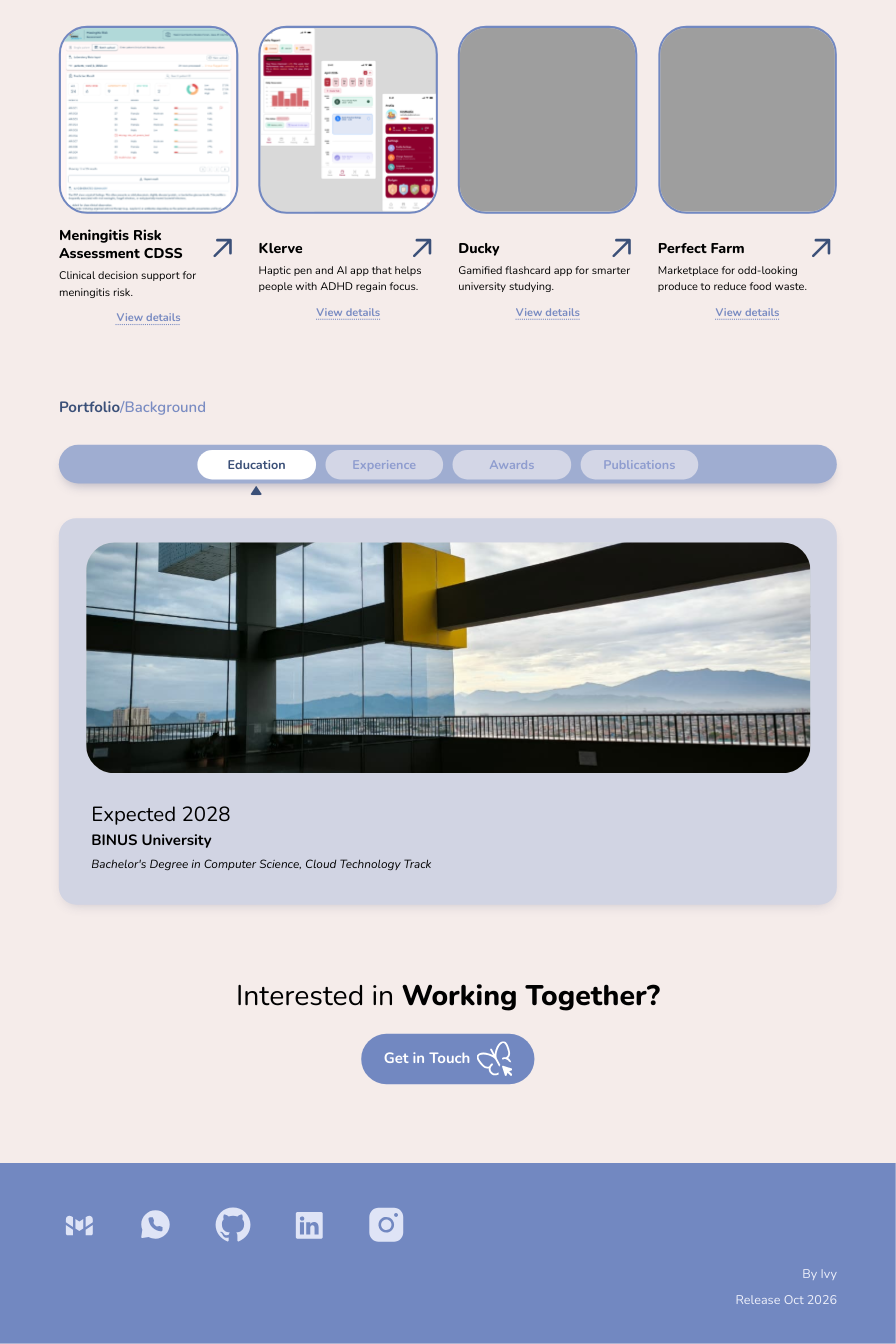
Repository: L-vy/L-vy
Page: /
These files come from the project's save history. The page is drawn as it stood at one moment and after the next save; the edit follows.
The browser window is 1280 px wide. The pictures show the part of the page from y = 1307 to 3227 px (the page is 3227 px tall before and 3200 px after), at 70% of full size.
Pictures or frames that could not be fetched are drawn as grey boxes. Some web fonts or font styles are not loaded; a fallback is used. The project was rebuilt for these pictures with package versions that can differ from the ones it lists, and the page was loaded fresh each time. Also part of the build but not shown: vite.config.ts, src/components/ExperienceBinder.tsx, src/components/FolderCard.tsx, src/components/ProjectSidebar.tsx, src/pages/ProjectDetails.tsx.

Above is the page before, as saved 2026-10-07 21:58:01.

### index.html
<!doctype html>
<html lang="en">
  <head>
    <meta charset="UTF-8" />
    <meta name="viewport" content="width=device-width, initial-scale=1.0" />
    <meta name="description" content="Portfolio of Latasha Ivy Khoe, Computer Science student specializing in Cloud Technology, UI/UX design and full-stack development." />
    <meta name="theme-color" content="#7288c1" />
    <link rel="icon" href="/images/ivy-logo.svg" />
    <link rel="preconnect" href="https://fonts.googleapis.com" />
    <link rel="preconnect" href="https://fonts.gstatic.com" crossorigin />
    <link href="https://fonts.googleapis.com/css2?family=Nunito:ital,wght@0,400;0,600;0,700;0,800;1,400&family=Playwrite+US+Modern:wght@100..400&display=swap" rel="stylesheet" />
    <title>Latasha Ivy Khoe | Portfolio</title>
  </head>
  <body>
    <div id="root"></div>
    <script type="module" src="/src/main.tsx"></script>
  </body>
</html>

### src/main.tsx
import { StrictMode } from 'react'
import { createRoot } from 'react-dom/client'
import App from './App'
import './styles.css'
createRoot(document.getElementById('root')!).render(<StrictMode><App /></StrictMode>)

### src/App.tsx
import { BrowserRouter, Route, Routes } from 'react-router-dom'
import Home from './pages/Home'
import ProjectDetails from './pages/ProjectDetails'
import CursorCircle from './components/CursorCircle'
export default function App() {
  return (
    <BrowserRouter>
      <CursorCircle />
      <Routes>
        <Route path="/" element={<Home />} />
        <Route path="/recentworks/:id" element={<ProjectDetails />} />
        <Route path="*" element={<Home />} />
      </Routes>
    </BrowserRouter>
  )
}

### src/pages/Home.tsx
import { useEffect } from 'react'
import { useLocation } from 'react-router-dom'
import Navbar from '../components/Navbar'
import Hero from '../components/Hero'
import Skills from '../components/Skills'
import RecentWorks from '../components/RecentWorks'
import Background from '../components/Background'
import ContactSection from '../components/ContactSection'
import Footer from '../components/Footer'
import { pulseContact, scrollToId } from '../components/useGoTo'
export default function Home() {
  const { state } = useLocation() as { state: { scrollTo?: string; pulse?: boolean } | null }
  useEffect(() => {
    if (!state?.scrollTo) { window.scrollTo(0, 0); return }
    const t = setTimeout(() => { scrollToId(state.scrollTo!); if (state.pulse) setTimeout(pulseContact, 700) }, 80)
    return () => clearTimeout(t)
  }, [state])
  return (
  <div style={{transform: 'scale(1.50)',transformOrigin: 'top left',width: '66.667%'}}>
    <>
    <Navbar />
    <main className="page"><Hero /><Skills /><RecentWorks /><Background /><ContactSection /></main>
    <Footer />
    </>
  </div>
  )
}

### src/components/CursorCircle.tsx
import { useEffect, useRef } from 'react'
// Soft circle that follows the pointer and expands over buttons/links. Hidden on touch devices.
export default function CursorCircle() {
  const ref = useRef<HTMLDivElement>(null)
  useEffect(() => {
    if (!window.matchMedia('(hover: hover) and (pointer: fine)').matches) return
    const el = ref.current!
    const move = (e: MouseEvent) => {
      const over = (e.target as Element | null)?.closest('a,button,[data-cursor]')
      el.style.transform = `translate(${e.clientX}px,${e.clientY}px) translate(-50%,-50%) scale(${over ? 1 : 0})`
    }
    const leave = () => { el.style.transform = 'translate(-100px,-100px) scale(0)' }
    window.addEventListener('mousemove', move); document.addEventListener('mouseleave', leave)
    return () => { window.removeEventListener('mousemove', move); document.removeEventListener('mouseleave', leave) }
  }, [])
  return <div ref={ref} className="cursor-circle" aria-hidden="true" />
}

### src/components/Navbar.tsx
import { useEffect, useState } from 'react'
import Icon from './Icon'
import { site } from '../data/site'
import { useGoTo } from './useGoTo'
const tabs = [
  { id: 'home', label: 'Home' },
  { id: 'recent-works', label: 'Recent Works' },
  { id: 'background', label: 'Background' },
]
export default function Navbar() {
  const go = useGoTo(); const [active, setActive] = useState('home')
  useEffect(() => {
    const io = new IntersectionObserver((es) => es.forEach(e => e.isIntersecting && setActive(e.target.id)), { rootMargin: '-40% 0px -55% 0px' })
    tabs.forEach(t => { const el = document.getElementById(t.id); el && io.observe(el) })
    return () => io.disconnect()
  }, [])
  return (
    <header className="nav">
      <nav className="nav-tabs" aria-label="Primary">
        {tabs.map(t => (
          <button key={t.id} className={`nav-tab ${active === t.id ? 'active' : ''}`} aria-label={t.label}
            aria-current={active === t.id ? 'page' : undefined} onClick={() => go(t.id)}>
            {t.id === 'home' ? <img src={site.images.logo} alt="" /> : t.id === 'recent-works' ? <Icon name="recent-works" size={34} /> : <Icon name="background" size={34} />}
          </button>
        ))}
      </nav>
    </header>
  )
}

### src/components/Hero.tsx
import Icon from './Icon'
import { site } from '../data/site'
import { useGoTo } from './useGoTo'
export default function Hero() {
  const go = useGoTo()
  return (
    <section id="home" className="hero">
      <div className="hero-top"><p className="path"><b>Portfolio</b>/Home</p><button className="contact-link" onClick={() => go('contact', true)}>Contact Me</button></div>
      <div className="hero-grid">
        <img className="hero-photo" src={site.images.profile} alt={`Portrait of ${site.name}`}/>
        <div>
          <img className="hello" src={site.images.hello} alt="Hello!" />
          <h1>I’m {site.name}</h1>
          <p className="lead">{site.bio}</p>
          <div className="actions">
            <button className="btn" onClick={() => go('recent-works')}>View my work <Icon name="arrow-right" size={22} /></button>
            <a className="link-dotted grey" href={site.resume} download>Download Resume</a>
          </div>
        </div>
      </div>
      <img className="butterfly" src={site.images.butterfly} alt="" />
    </section>
  )
}

### src/components/Skills.tsx
import { site } from '../data/site'
import Reveal from './Reveal'
export default function Skills() {
  return (
    <Reveal className="intro">
      <p className="intro-text">{site.about}</p>
      <ul className="pills" aria-label="Skills">{site.skills.map(s => <li key={s} className="pill">{s}</li>)}</ul>
    </Reveal>
  )
}

### src/components/RecentWorks.tsx
import { projects } from '../data/projects'
import ProjectCard from './ProjectCard'
import Reveal from './Reveal'
export default function RecentWorks() {
  return (
    <section id="recent-works" className="section">
      <p className="path"><b>Portfolio</b>/RecentWork</p>
      <Reveal className="cards">{projects.slice(0, 4).map(p => <ProjectCard key={p.id} p={p} />)}</Reveal>
    </section>
  )
}

### src/components/Background.tsx
import { useState } from 'react'
import { education, awards, publications } from '../data/background'
import ExperienceBinder from './ExperienceBinder'
import FolderCard from './FolderCard'
import Reveal from './Reveal'
const tabs = ['Education', 'Experience', 'Awards', 'Publications'] as const
type Tab = typeof tabs[number]
export default function Background() {
  const [tab, setTab] = useState<Tab>('Education')
  return (
    <section id="background" className="section">
      <p className="path"><b>Portfolio</b>/Background</p>
      <div className="tabbar" role="tablist" aria-label="Background categories">
        {tabs.map(t => (
          <div key={t} className="tabwrap">
            <button role="tab" aria-selected={tab === t} className={`tab ${tab === t ? 'on' : ''}`} onClick={() => setTab(t)}>{t}</button>
            {tab === t && <span className="pointer" aria-hidden="true" />}
          </div>))}
      </div>
      <div className={`panel ${tab === 'Experience' ? 'bound' : ''}`}>
        <Reveal key={tab} className="fill">
          {tab === 'Education' && (
            <div className="banner">
              <img className="banner-img" src={education.image} alt="BINUS University" loading="lazy" />
              <div className="tx"><h2 className="fx">{education.year}</h2><h3>{education.school}</h3><p>{education.degree}</p></div>
            </div>)}
          {tab === 'Experience' && <ExperienceBinder />}
          {tab === 'Awards' && <div className="folders">{awards.map(c => <FolderCard key={c.title} c={c} />)}</div>}
          {tab === 'Publications' && <div className="folders">{publications.map(c => <FolderCard key={c.title} c={c} />)}</div>}
        </Reveal>
      </div>
    </section>
  )
}

### src/components/ContactSection.tsx
import Icon from './Icon'
import { useGoTo } from './useGoTo'
export default function ContactSection() {
  const go = useGoTo()
  return (
    <section id="contact" className="contact">
      <h2>Interested in <b>Working Together?</b></h2>
      <button className="btn blue" onClick={() => go('contact', true)}>Get in Touch <Icon name="butterfly-cursor" size={34} /></button>
    </section>
  )
}

### src/components/Footer.tsx
import { useEffect, useState } from 'react'
import Icon from './Icon'
import { site, socialLinks } from '../data/site'
const items = [
  { k: 'email', label: 'Email', icon: 'mail' }, { k: 'whatsapp', label: 'WhatsApp', icon: 'whatsapp' },
  { k: 'github', label: 'GitHub', icon: 'github' }, { k: 'linkedin', label: 'LinkedIn', icon: 'linkedin' }, { k: 'instagram', label: 'Instagram', icon: 'instagram' },
] as const
export default function Footer() {
  const [pulse, setPulse] = useState('')
  useEffect(() => {
    const run = () => { setPulse('email'); setTimeout(() => setPulse('whatsapp'), 600); setTimeout(() => setPulse(''), 1300) }
    window.addEventListener('contact-pulse', run); return () => window.removeEventListener('contact-pulse', run)
  }, [])
  return (
    <footer className="footer">
      <ul>{items.map(({ k, label, icon }) => (<li key={k}><a href={socialLinks[k]} aria-label={label} target={k === 'email' ? undefined : '_blank'} rel="noreferrer" className={`ci ${pulse === k ? 'pulse' : ''}`}><Icon name={icon} size={40} /></a></li>))}</ul>
      <p className="footer-by">{site.footer.by}<br />{site.footer.release}</p>
    </footer>
  )
}

### src/components/useGoTo.ts
import { useLocation, useNavigate } from 'react-router-dom'
export const pulseContact = () => window.dispatchEvent(new Event('contact-pulse'))
export function scrollToId(id: string) {
  if (id === 'contact') { window.scrollTo({ top: document.documentElement.scrollHeight, behavior: 'smooth' }); return }
  document.getElementById(id)?.scrollIntoView({ behavior: 'smooth', block: 'start' }) }
/** Navigate to a section on the home page from anywhere. */
export function useGoTo() {
  const nav = useNavigate(); const { pathname } = useLocation()
  return (id: string, pulse = false) => {
    if (pathname === '/') { scrollToId(id); if (pulse) setTimeout(pulseContact, 700) }
    else nav('/', { state: { scrollTo: id, pulse } })
  }
}

### src/components/Icon.tsx
export default function Icon({ name, size = 24, raw = false }: { name: string; size?: number; raw?: boolean }) {
  if (raw) return <img className="icon" src={`/icons/${name}.svg`} alt="" width={size} height={size} />
  const mask = `url(/icons/${name}.svg) center / contain no-repeat`
  return <span className="icon" aria-hidden="true" style={{ display: 'inline-block', width: size, height: size, backgroundColor: 'currentColor', WebkitMask: mask, mask }} />
}

### src/data/site.ts
export const site = {
  name: 'Latasha Ivy Khoe',
  headline: 'Computer Science Student, Cloud Technology',
  bio: 'Computer Science student in cloud technology, UI/UX design, and full-stack programming.',
  about: 'I am a Computer Science student at Bina Nusantara University with a strong background as a published researcher in computer science. I have a deep passion for technology and am currently expanding my expertise in cloud technology, UI/UX design, and full-stack programming. Alongside my technical skills, I am active in student organizations and multidisciplinary problem-solving. My career interest lies in pursuing professional growth within cloud engineering, software development, and innovative tech solutions.',
  skills: ['C++', 'JavaScript', 'HTML', 'CSS', 'Python', 'MySQL', 'Git', 'GitHub', 'Canva', 'Figma'],
  footer: { by: 'By Ivy', release: 'Release Oct 2026' },
  resume: '/resume/ivy-resume.pdf',
  images: { profile: '/images/profile.svg', logo: '/images/ivy-logo.svg', hello: '/images/hello.svg', butterfly: '/images/butterfly.svg' },
}
export const socialLinks = {
  email: 'mailto:latasha.ivy.khoe.2006@gmail.com',
  whatsapp: 'https://wa.me/6282122269122',
  github: 'https://github.com/L-vy',
  linkedin: 'https://www.linkedin.com/in/latasha-ivy-khoe',
  instagram: 'https://www.instagram.com/livy_khu',
}

### src/components/Reveal.tsx
import { useEffect, useRef, useState, type ReactNode } from 'react'
export default function Reveal({ children, className = '' }: { children: ReactNode; className?: string }) {
  const ref = useRef<HTMLDivElement>(null); const [on, setOn] = useState(false)
  useEffect(() => {
    const io = new IntersectionObserver(([e]) => { if (e.isIntersecting) { setOn(true); io.disconnect() } }, { threshold: 0.1 })
    if (ref.current) io.observe(ref.current); return () => io.disconnect()
  }, [])
  return <div ref={ref} className={`reveal ${on ? 'in' : ''} ${className}`}>{children}</div>
}

### src/components/ProjectCard.tsx
import { Link } from 'react-router-dom'
import Icon from './Icon'
import type { Project } from '../data/projects'
export default function ProjectCard({ p }: { p: Project }) {
  return (
    <article className="card">
      <Link to={`/recentworks/${p.id}`} className="card-img" aria-label={`Open ${p.title}`}>
        <img src={p.image} alt={`${p.title} screenshot`} loading="lazy" width={400} height={420} />
      </Link>
      <div className="card-title"><h3 className="clamp" title={p.title}>{p.title}</h3><Icon name="arrow-up-right" size={30} /></div>
      <p className="card-sum">{p.shortDescription}</p>
      <div className="card-links">
        <Link className="link-dotted" to={`/recentworks/${p.id}`}>View details</Link>
      </div>
    </article>
  )
}

Loaded but not shown: src/styles.css (191 lines, source omitted); src/data/projects.ts (42 lines, source omitted); src/data/background.ts (36 lines, source omitted)

After the next save:
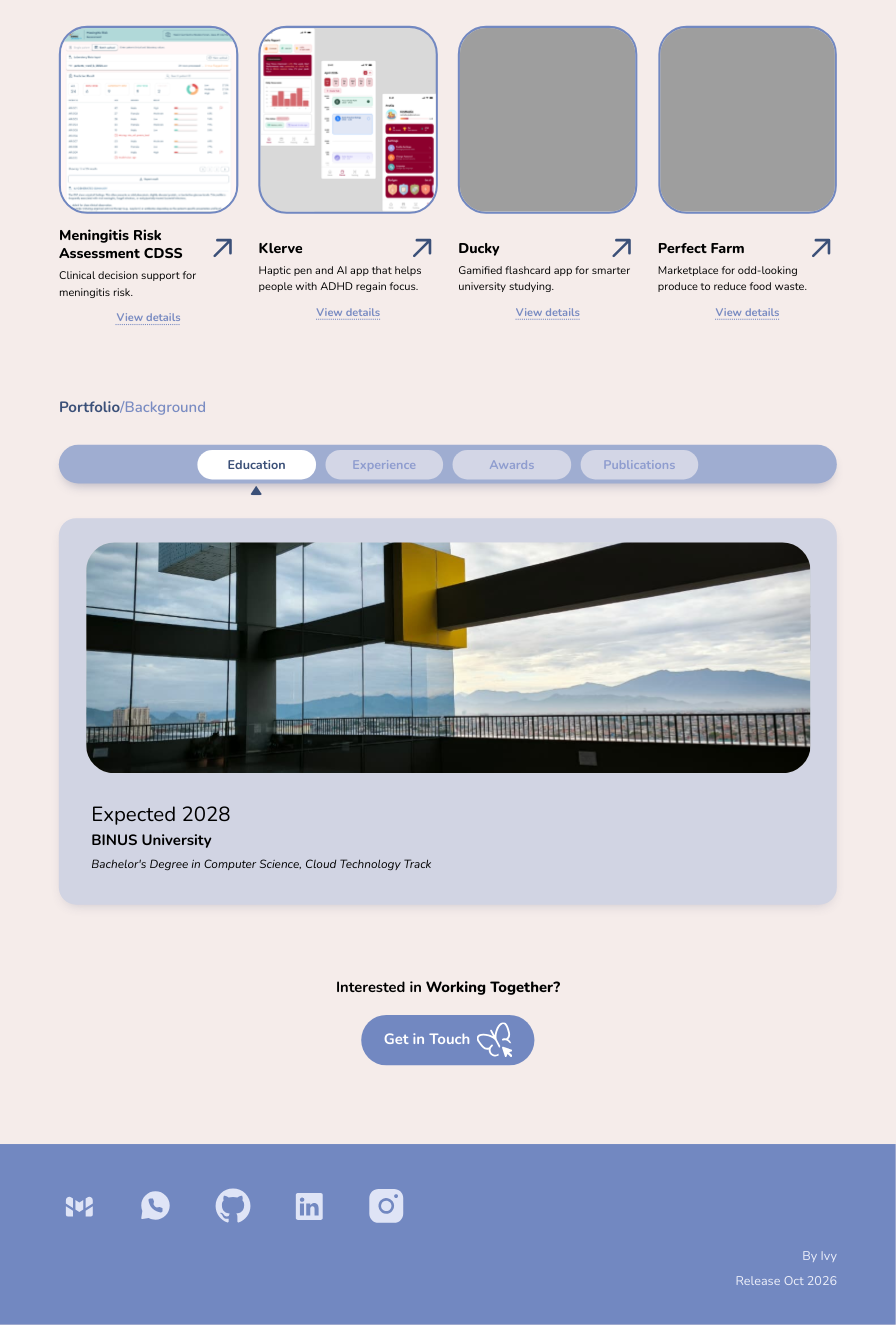
Saved 59 s later.
--- a/src/components/ContactSection.tsx
+++ b/src/components/ContactSection.tsx
@@ -4,7 +4,7 @@
   const go = useGoTo()
   return (
     <section id="contact" className="contact">
-      <h2>Interested in <b>Working Together?</b></h2>
+      <h3>Interested in <b>Working Together?</b></h3>
       <button className="btn blue" onClick={() => go('contact', true)}>Get in Touch <Icon name="butterfly-cursor" size={34} /></button>
     </section>
   )

After the save that followed:
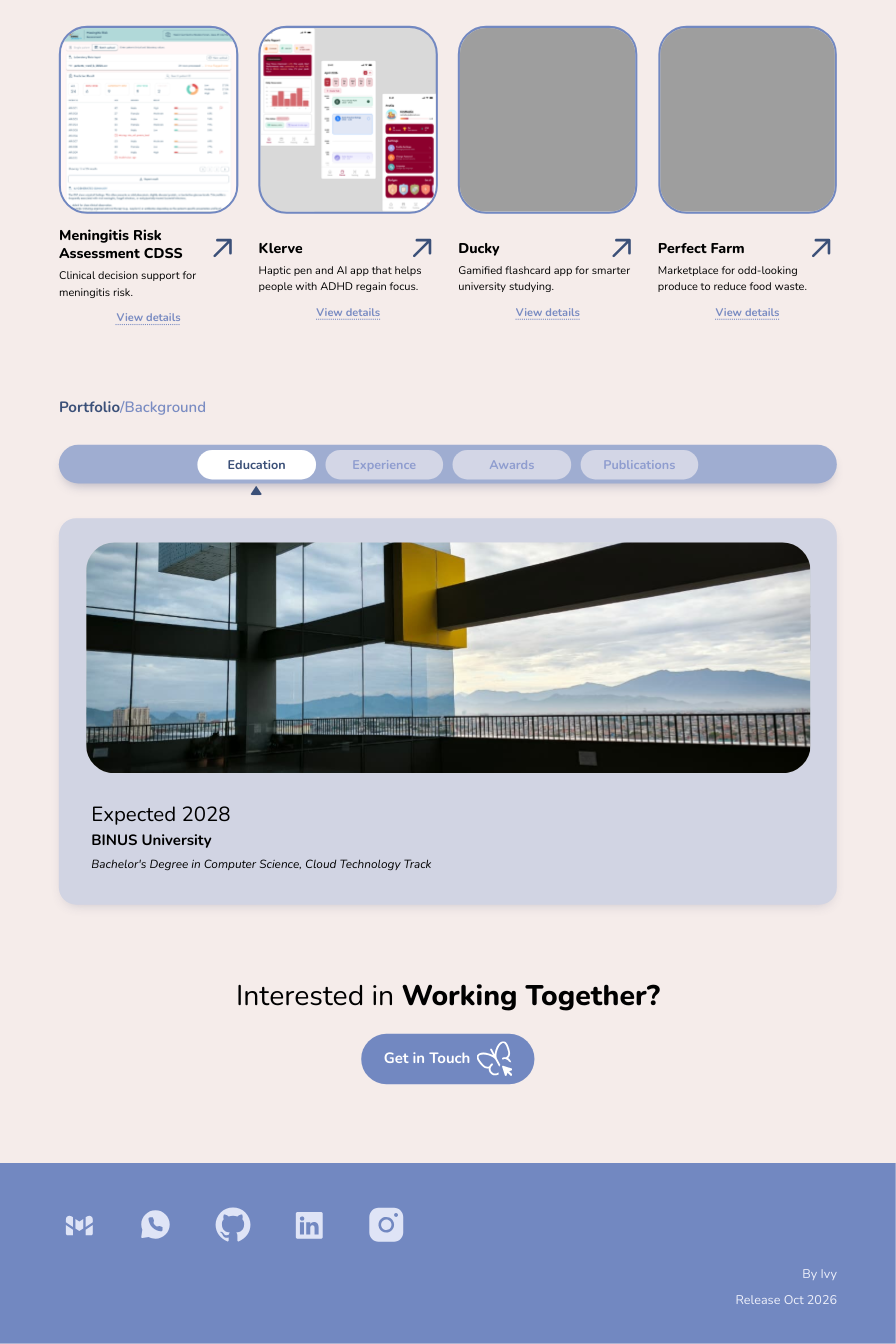
Saved 6 s later.
--- a/src/components/ContactSection.tsx
+++ b/src/components/ContactSection.tsx
@@ -4,7 +4,7 @@
   const go = useGoTo()
   return (
     <section id="contact" className="contact">
-      <h3>Interested in <b>Working Together?</b></h3>
+      <h2>Interested in <b>Working Together?</b></h2>
       <button className="btn blue" onClick={() => go('contact', true)}>Get in Touch <Icon name="butterfly-cursor" size={34} /></button>
     </section>
   )
